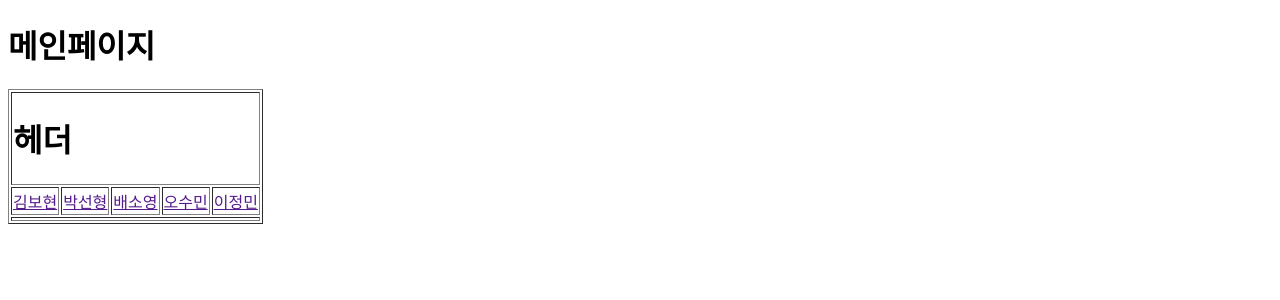
Repository: lastingrowth/teamPrj
Page: http://localhost/studyPrj/home.jsp
The author's editor kept a copy of each file at every save. The page is drawn from the files as they stood at one save, then again after the next save.
The browser window is 1280 px wide. The pictures show the whole page.
The page is served by Tomcat 9.

Above is the page before, as saved 2026-05-01 10:00:36.

After the next save:
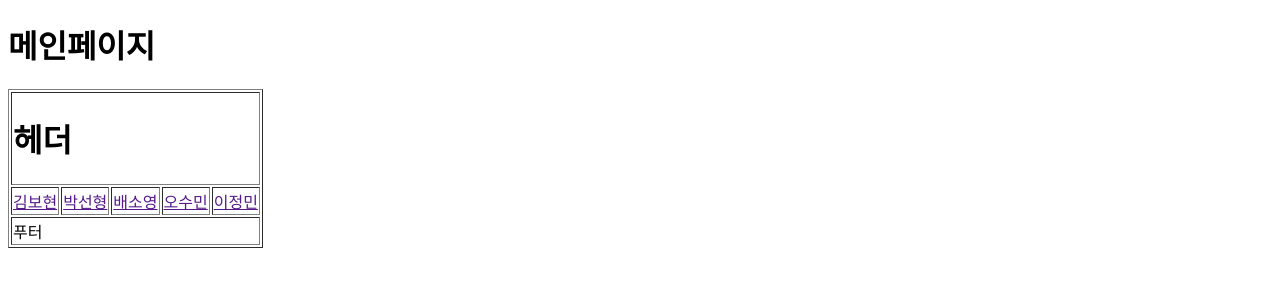
Saved 26 s later.
--- a/study_work/studyPrj/src/main/webapp/home.jsp
+++ b/study_work/studyPrj/src/main/webapp/home.jsp
@@ -24,7 +24,9 @@
 	</tr>
 
 	<tr>
-		<td colspan="5"></td>
+		<td colspan="5">
+		<jsp:include page="inc/footer.jsp"/>
+		</td>
 	</tr>
 
 </table>
